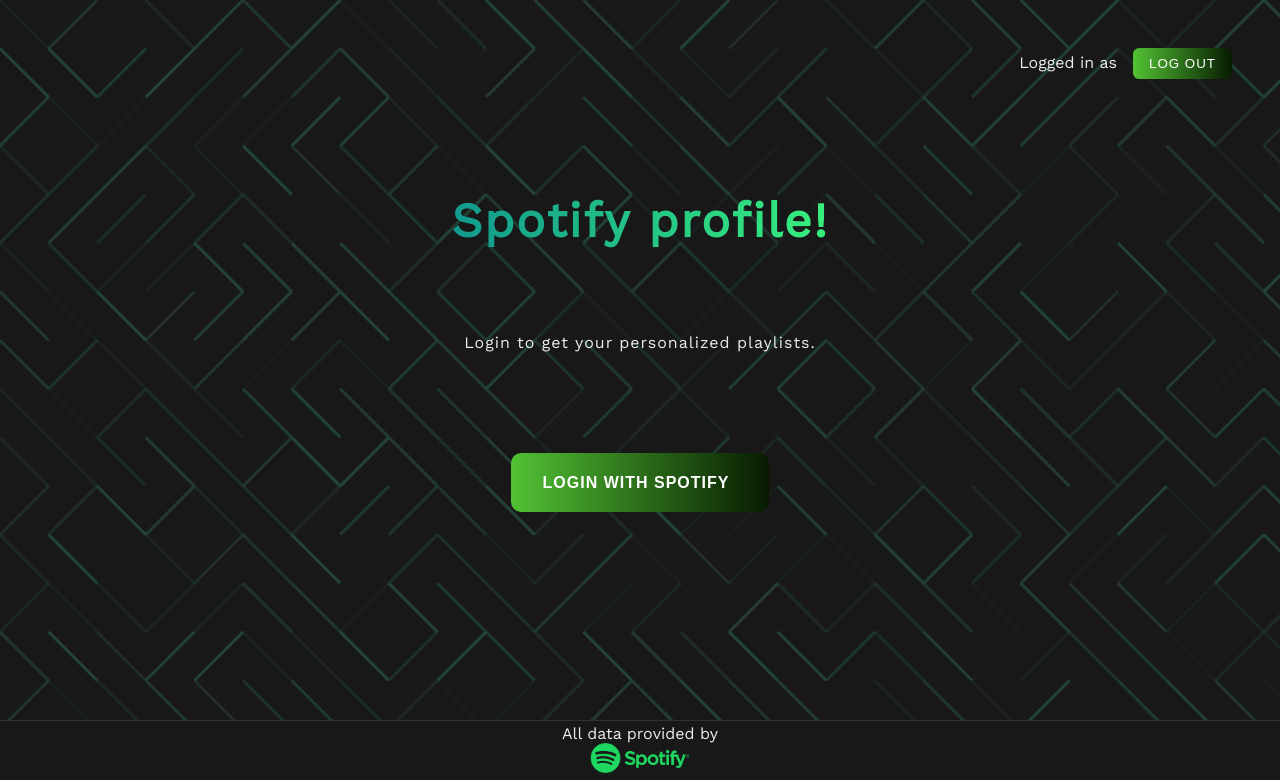
Repository: kirpister/Spotify-profile
Page: /
The author's editor kept a copy of each file at every save. The page is drawn from the files as they stood at one save, then again after the next save.
The browser window is 1280 px wide. The pictures show the whole page.
The project was rebuilt for these pictures with package versions that can differ from the ones it lists, and the page was loaded fresh each time.

Above is the page before, as saved 2023-03-08 10:50:53.

### public/index.html
<!DOCTYPE html>
<html lang="en">
  <head>
    <meta charset="utf-8" />
    <link rel="icon" href="%PUBLIC_URL%/favicon.ico" />
    <meta name="viewport" content="width=device-width, initial-scale=1" />
    <meta name="theme-color" content="#000000" />
    <meta
      name="description"
      content="Web site created using create-react-app"
    />

    <title>Own Spotify App</title>
  </head>
  <body>
    <noscript>You need to enable JavaScript to run this app.</noscript>
    <div id="root"></div>
  </body>
</html>

### src/index.tsx
import ReactDOM from "react-dom/client";
import "./index.css";
import App from "./App";
const root = ReactDOM.createRoot(
  document.getElementById("root") as HTMLElement
);
root.render(<App />);

### src/index.css
@import url("https://fonts.googleapis.com/css2?family=Work+Sans&display=swap");

* {
  margin: 0;
  padding: 0;
  overscroll-behavior: none;
  box-sizing: border-box;
}

body {
  background: #181818;
  color: rgb(237, 237, 237);
  font-family: "Work Sans", sans-serif;
}

h2 {
  letter-spacing: 2px;
  font-size: 3rem;
  background: linear-gradient(to right, #11998e, #38ef7d);
  -webkit-background-clip: text;
  -webkit-text-fill-color: transparent;
  background-clip: text;
  color: transparent;
}

h3 {
  font-size: 1.5rem;
  margin-bottom: 3rem;
  margin-left: 1rem;
  letter-spacing: 2px;
}

h4 {
  text-align: center;
}

p {
  display: inline-block;
}

li p {
  font-size: 1.2rem;
}

li {
  list-style: decimal;
  font-size: 1.3rem;
}

footer {
  border-top: 1px solid #333;
  padding: 0.2rem;
  text-align: center;
}

footer img {
  width: 100px;
  height: auto;
}

/* BUTTONS */

button p {
  font-weight: bold;
  font-family: Arial, Helvetica, sans-serif;
  margin-right: 0.5rem;
  font-size: 1rem;
}

button {
  background-image: linear-gradient(
    to right,
    #52c234 0%,
    #061700 51%,
    #52c234 100%
  );
  margin: 1rem;
  padding: 1rem 2rem;
  text-transform: uppercase;
  transition: 0.5s;
  background-size: 200% auto;
  color: white;
  border-radius: 10px;
  border: none;
  font-family: "Rubik", sans-serif;
  letter-spacing: 1px;
}

button:hover {
  background-position: right center; /* change the direction of the change here */
  color: #fff;
  text-decoration: none;
}

.log-out {
  position: absolute;
  right: 2rem;
  top: 2rem;
}

.log-out button {
  border-radius: 0.4rem;
  padding: 0.5rem 1rem 0.5rem 1rem;
  border: none;
  background-color: transparent;
  letter-spacing: 1px;
  color: white;
}

### src/App.tsx
import Footer from "./Footer";
import Spotify from "./Spotify";

const App = () => {

  return (
    <div className="App">
      <Spotify />
      <Footer />
    </div>
  );
};

export default App;

### src/Footer.tsx
import React from 'react';
import SpotifyLogo from './assets/Spotify_Logo.png';

const Footer: React.FC = () => {
    return (
        <footer>
           <p>All data provided by</p>
           <a href="https://www.spotify.com/fi/signup" target="_blank" rel="noreferrer"><div className='logo-box'><img src={SpotifyLogo} alt="SpotifyLogo" /></div></a>
        </footer>
    );
};

export default Footer;

### src/Spotify.tsx
import React, { useState, useEffect } from "react";
import queryString from "query-string";
import axios from "axios";

import "./App.css";

const scopes = [
  "user-read-playback-state",
  "user-library-read",
  "user-top-read",
];

interface User {
  id: string;
  display_name: string;
  email: string;
  images: { url: string }[];
}

interface Artist {
  id: string;
  name: string;
  images: { url: string }[];
}

interface Track {
  id: string;
  name: string;
  album: { images: { url: string }[] };
  artists: { name: string }[];
}

interface CurrentTrack {
  item: {
    name: string;
    artists: { name: string }[];
  };
}

const Spotify: React.FC = () => {
  const [token, setToken] = useState<string>("");
  const [userData, setUserData] = useState<User>();
  const [currentTrack, setCurrentTrack] = useState<CurrentTrack | null>(null);
  const [artists, setArtists] = useState<Artist[]>([]);
  const [tracks, setTracks] = useState<Track[]>([]);

  // AUTH

  const handleLogin = () => {
    const redirectToSpotify = `https://accounts.spotify.com/authorize?client_id=${
      process.env.REACT_APP_CLIENT_ID
    }&redirect_uri=${process.env.REACT_APP_REDIRECT_URI}&scope=${scopes.join(
      "%20"
    )}&response_type=token`;
    window.location.href = redirectToSpotify;
  };

  useEffect(() => {
    const token = queryString.parse(window.location.hash).access_token;
    if (token) {
      setToken(token as string);
    }
    window.location.hash = "";
  }, []);

  // API CALLS

  useEffect(() => {
    if (!token) return;

    const getUserData = async () => {
      const response = await axios.get<User>("https://api.spotify.com/v1/me", {
        headers: { Authorization: `Bearer ${token}` },
      });
      setUserData(response.data);
    };

    const getCurrentTrack = async () => {
      const response = await axios.get<CurrentTrack>(
        "https://api.spotify.com/v1/me/player/currently-playing",
        {
          headers: {
            Authorization: `Bearer ${token}`,
          },
        }
      );
      setCurrentTrack(response.data);
    };

    const getTopTracks = async () => {
      const response = await axios.get<{ items: Track[] }>(
        "https://api.spotify.com/v1/me/top/tracks?time_range=medium_term&limit=5",
        {
          headers: {
            Authorization: `Bearer ${token}`,
          },
        }
      );
      setTracks(response.data.items);
    };

    const getTopArtists = async () => {
      const response = await axios.get<{ items: Artist[] }>(
        "https://api.spotify.com/v1/me/top/artists?time_range=medium_term&limit=5",
        {
          headers: {
            Authorization: `Bearer ${token}`,
          },
        }
      );
      setArtists(response.data.items);
    };

    getCurrentTrack();
    getTopTracks();
    getTopArtists();
    getUserData();
  }, [token]);

  console.log(userData);

  return (
    <>
      <div className="wrapper">
        <header>
          <div className="log-out">
            <p>
              Logged in as <a href="/">{userData?.display_name}</a>
            </p>
            <a href="https://accounts.spotify.com/fi/status">
              <button>Log Out</button>
            </a>
          </div>
        </header>
        {token ? (
          <div className="wrapper">
            <div className="header-img">
              <h2 className="heading">
                Hello, <span>{userData?.display_name}</span>
              </h2>
            </div>
            {currentTrack ? (
              <div className="current-track">
                <p>
                  Now playing:{" "}
                  <span>
                    {currentTrack.item.name} by{" "}
                    {currentTrack.item.artists[0].name}
                  </span>
                </p>
              </div>
            ) : (
              <h4>Loading current track...</h4>
            )}
            <div className="top-div">
              <div className="top-artists">
                <h3>Top Artists</h3>
                {artists.map((artist) => (
                  <div className="list-div" key={artist.id}>
                    <img src={artist.images[0].url} alt={artist.name} />
                    <p>{artist.name}</p>
                  </div>
                ))}
              </div>

              <div className="top-tracks">
                <h3>Top Tracks</h3>
                {tracks.map((track) => (
                  <div className="list-div" key={track.id}>
                    <img src={track.album.images[0].url} alt={track.name} />
                    <p>{track.artists[0].name} -</p>
                    <span>{track.name}</span>
                  </div>
                ))}
              </div>
            </div>
          </div>
        ) : (
          // MAIN PAGE BEFORE AUTH

          <div className="intro">
            <h2>Spotify profile!</h2>
            <p className="intro-text">
              Login to get your personalized playlists.
            </p>
            <button onClick={handleLogin}>
              <p>Login with Spotify</p>
            </button>
          </div>
        )}
      </div>
    </>
  );
};

export default Spotify;

### src/App.css
  /* CURRENT TRACK */

.header-img {
  background-image: url(./assets/nnneon.svg);
  height: 35vh;
  background-repeat: no-repeat;
  background-position: center;
  display: flex;
  justify-content: center;
  align-items: center;
}

.heading {
  filter: drop-shadow(2px 1px 2px rgb(32, 32, 32));
  text-align: center;
}

.current-track {
  text-align: center;
  border: 1px solid rgb(118, 255, 118);
  border-radius: .5rem;
  width: fit-content;
  padding: .3rem 1.2rem .3rem 1.2rem;
  margin: 0 auto;
}

.current-track p {
  font-weight: bold;
}

.current-track span {
  color: rgb(118, 255, 118);
  font-weight: normal;
}


/* LANDING PAGE */

.intro {
  background-image: url(./assets/ttten.svg);
  background-size: cover;
  height: 100vh;
  display: flex;
  flex-direction: column;
  justify-content: center;
  align-items: center;
}

.intro-text {
  width: 40vw;
  margin: 5rem;
}

.intro p {
  letter-spacing: 1px;
  line-height: 1.7;
  text-align: center;
}

/* TOP ARTISTS */

.artist {
  font-weight: bold;
}

.top-artists {
  display: flex;
  flex-direction: column;
}

.top-artists img {
  width: 60px;
  height: 60px;
  margin: -5px;
  margin-left: .1rem;
  border-radius: 50%;
}

/* TOP TRACKS */

.top-tracks img {
  width: 60px;
  height: auto;
  margin-top: .5rem;
}

.top-tracks span {
  margin-left: .5rem;
}

/* TRACKS & ARTISTS */

.top-div {
  margin: 5rem;
  display: flex;
  justify-content: space-around;
}

.list-div {
  display: flex;
  align-items: center;
  margin: 1rem;
}

.top-tracks p {
  margin-left: 1rem;
}

.top-artists p {
  margin-left: 2rem;
}

.top-artists,
.top-tracks {
  /* border: 1px solid #1db9548a; */
  border-radius: 1rem;
  background-color: #25252587;
  width: 45vw;
  padding: 1.5rem;
  margin: 1rem;
}


/* MOBILE */

@media screen and (max-width: 600px) {


  .intro h2 {
    font-size: 2rem;
    text-align: center;
  }

  .top-div {
    display: flex;
    flex-direction: column;
    justify-content: center;
    align-items: center;

  }

  .top-artists,
  .top-tracks,
  .list-div {
    width: 95vw;
    padding: 0;
  }

  .top-div p, span {
    font-size: .7rem;
  }

  .top-div img {
    width: 50px;
    height: 50px;
  }

  h3 {
    text-align: center;
  }

  .top-artists p {
    padding-left: 1rem;
  }

  .current-track p, span {
    font-size: 0.7rem;
  }
}

After the next save:
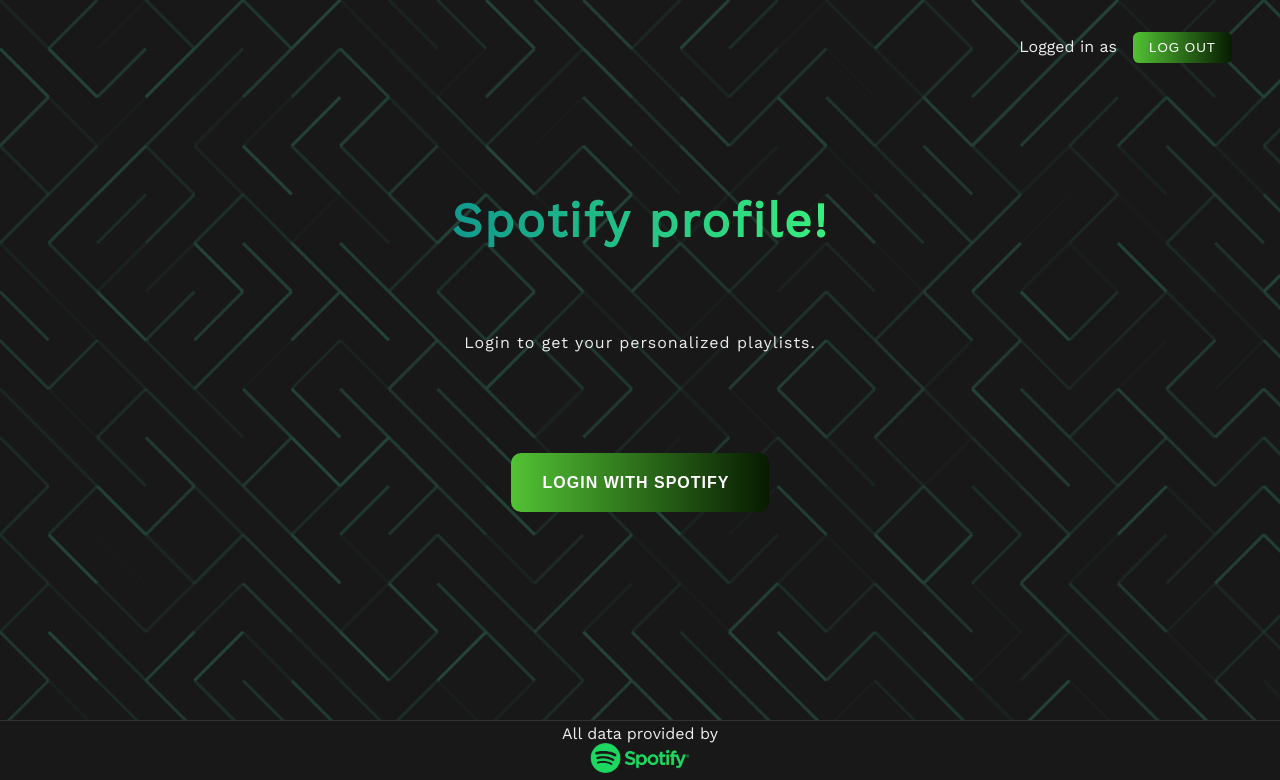
Saved 4 s later.
--- a/src/index.css
+++ b/src/index.css
@@ -95,7 +95,7 @@
 .log-out {
   position: absolute;
   right: 2rem;
-  top: 2rem;
+  top: 1rem;
 }
 
 .log-out button {
